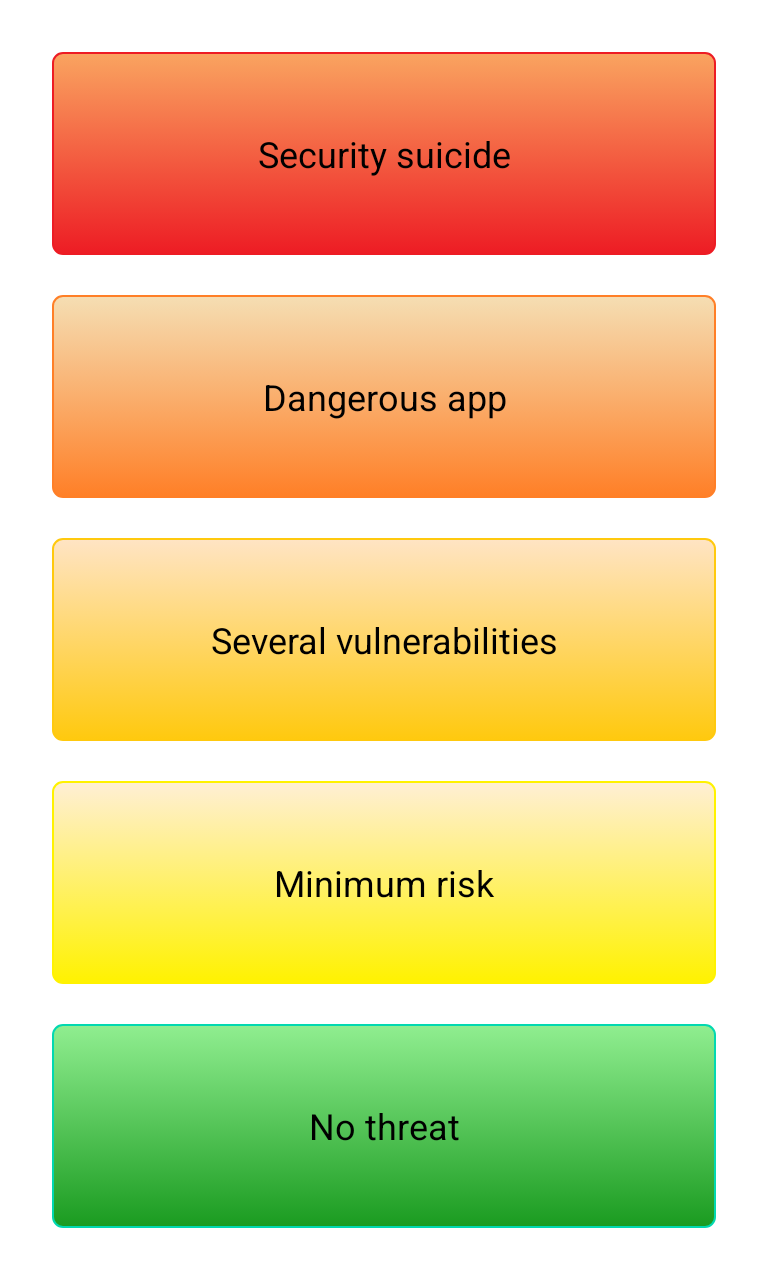
Repository: n0whereman/feidroid
Layout: Src/ApplicationViewer/res/layout/fragment_analysis2.xml
An editor plug-in stored every save of this project. The layout is shown before and after the next save, followed by the edit.
It is drawn on a 768 x 1280 px phone screen (xhdpi) without system bars, with theme android:Theme.Holo.Light; the app's code is not run.

Above is the layout before, as saved 2015-04-25 20:32:59.

After the next save:
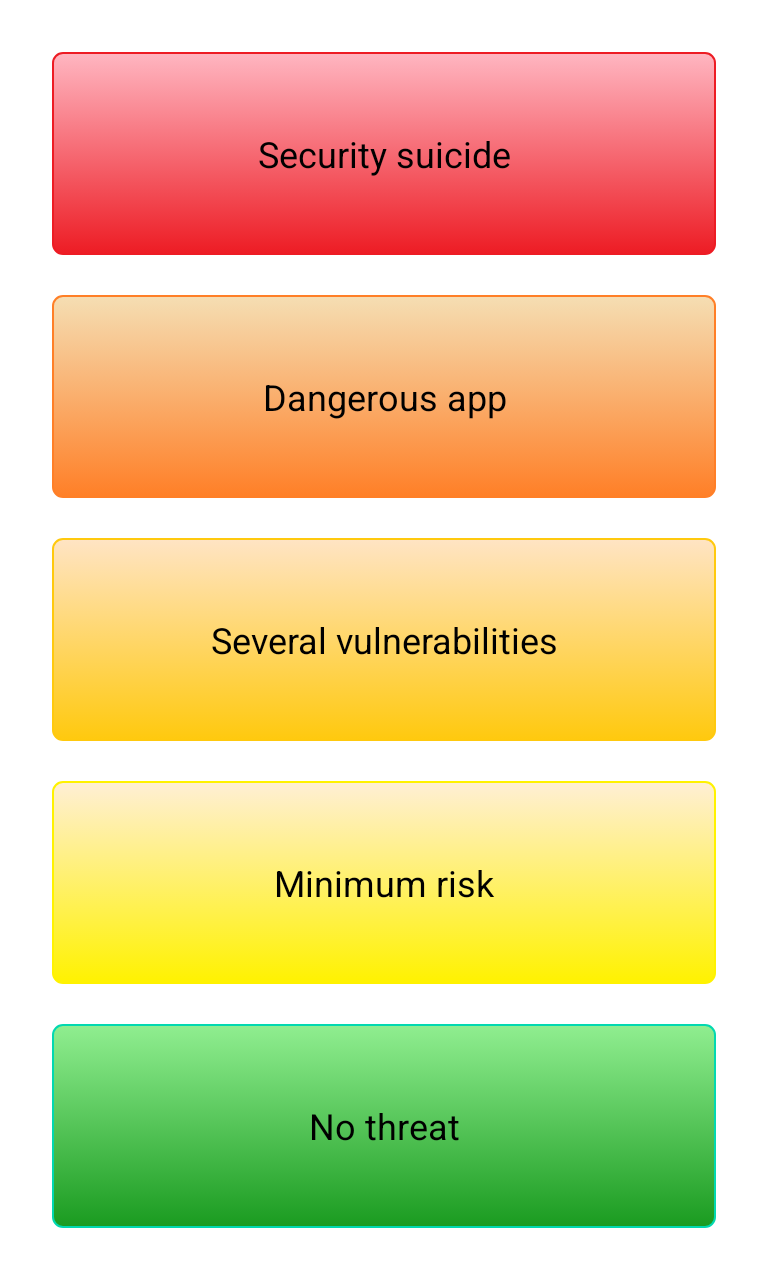
Saved 71 s later.
--- a/Src/ApplicationViewer/res/values/colors.xml
+++ b/Src/ApplicationViewer/res/values/colors.xml
@@ -32,7 +32,7 @@
 	<color name="button_orange">#FF7F27</color>
 
 	<!-- Red -->
-	<color name="red_temp">#FAA460</color>
+	<color name="red_temp">#FFB6C1</color>
 	<color name="red_dark">#ED1C24</color>
 	<color name="bright_red">#ED1C24</color>
 	<color name="button_red">#ED1C24</color>
